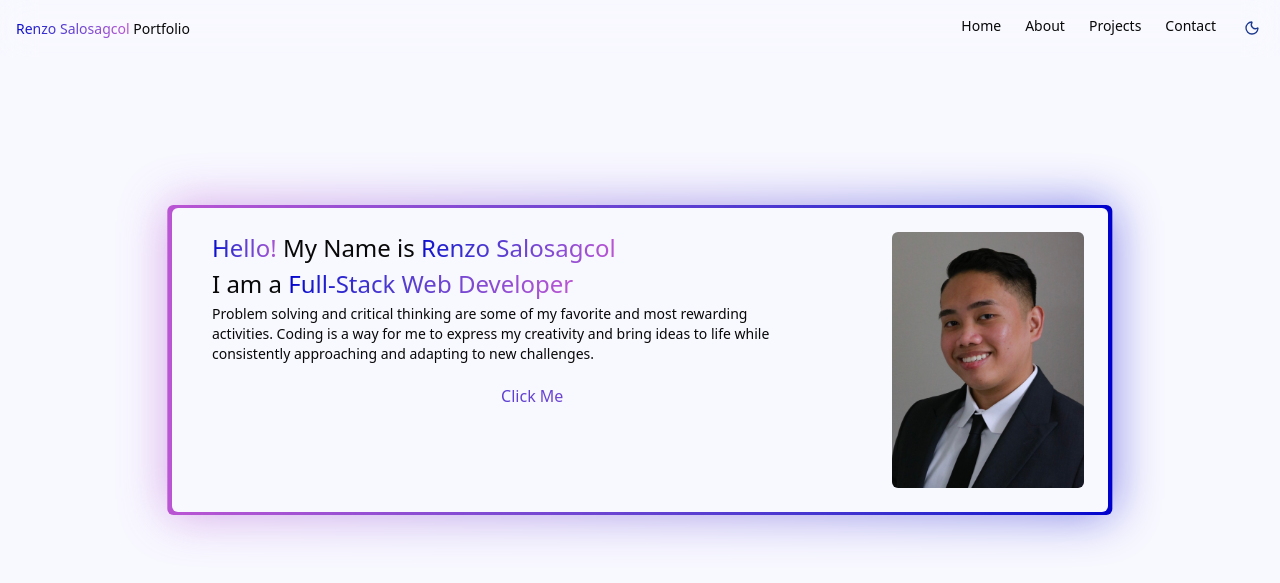
Repository: Renzo-Salosagcol/Updated_Personal_Portfolio
Page: /
An editor plug-in stored every save of this project. The page is shown before and after the next save, followed by the edit.
The browser window is 1280 px wide. The pictures show the whole page.
The project was rebuilt for these pictures with package versions that can differ from the ones it lists, and the page was loaded fresh each time. Also part of the build but not shown: vite.config.js, src/pages/NotFound.jsx.

Above is the page before, as saved 2025-10-09 20:10:52.

### index.html
<!doctype html>
<html lang="en">
  <head>
    <meta charset="UTF-8" />
    <link rel="icon" type="image/svg+xml" href="/vite.svg" />
    <meta name="viewport" content="width=device-width, initial-scale=1.0" />
    <title>updated-personal-portfolio</title>
  </head>
  <body>
    <div id="root"></div>
    <script type="module" src="/src/main.jsx"></script>
  </body>
</html>

### src/index.css
@import "tailwindcss";

@theme {
  --color-background: var(--background);
  --color-foreground: var(--foreground);

  --color-primary: var(--primary);
  --color-secondary: var(--secondary);

  --animate-fade-in: fade-in 1s ease-in forwards;
}

@layer base {
  /* Light Theme */
  :root {
    --background: #f8f8ff; /* Ghost White */
    --foreground: #080808; /* Vampire Black */

    --primary: #0000cd; /* Medium Blue */
    --secondary: #ba55d3; /* Medium Orchid */
  }

  /* Dark Theme */
  .dark {
    --background: #080808; /* Vampire Black */
    --foreground: #f8f8ff; /* Ghost White */

    --primary: #ff0800; /* Candy Apple Red */
    --secondary: #fefc22; /* Laser Lemon */
  }

  html {
    @apply scroll-smooth;
  }

  body {
    @apply bg-background text-foreground transition-colors duration-300;
  }
}

@property --gradient-angle {
  syntax: "<angle>";
  initial-value: 0deg;
  inherits: false;
}

@keyframes spin {
  from {
    --gradient-angle: 0deg;
  }
  to {
    --gradient-angle: 360deg;
  }
}

@keyframes fade-in {
  0% {
    opacity: 0;
    transform: translateY(20px);
  }
  100% {
    opacity: 1;
    transform: translateY(0);
  }
}

@utility container {
  margin-inline: auto;
  padding-inline: 1rem;
}

@utility after-gradient-border {
  @apply absolute h-[102%] w-[101%] top-1/2 left-1/2 -translate-x-1/2 -translate-y-1/2 rounded-md -z-10 bg-gradient-to-l from-primary to-secondary;
  content: '';
  /* animation: 3s spin linear infinite; */
}

@utility before-gradient-border {
  @apply after-gradient-border;
  filter: blur(1.5rem);
  opacity: 0.5;
}

@utility after-gradient-button {
  @apply absolute h-[100%] w-[100%] rounded-full bg-gradient-to-l from-primary to-secondary -z-1;
}

@utility gradient-text {
  @apply text-transparent bg-clip-text bg-gradient-to-r from-primary to-secondary;
}

@utility gradient-button {
  @apply relative flex justify-center items-center py-[1em] px-[2em] bg-background/70 border-none gradient-text after:after-gradient-button hover:scale-[105%]
}

@utility gradient-border {
  @apply after:after-gradient-border before:before-gradient-border
}

@utility glassmorphism {
  @apply bg-background/30 backdrop-blur-lg
}

### src/App.jsx
import { BrowserRouter, Routes, Route } from "react-router-dom"
import { Home } from "./pages/Home"
import { NotFound } from "./pages/NotFound"

function App() {
  return (
    <BrowserRouter>
      <Routes>
        <Route path="/" element={<Home />} />
        <Route path="*" element={<NotFound />} />
      </Routes>
    </BrowserRouter>
  )
}

export default App

### src/pages/Home.jsx
import { Background } from "../components/Background"
import { Navbar } from "../components/Navbar"
import { Hero } from "../components/Hero"

export const Home = () => {
  return (
    <div id="home" className="w-full h-screen">
      {/* Background */}
      <Background />


      {/* Navbar */}
      <Navbar />

      {/* Main */}
      <Hero />

      {/* Footer */}
    </div>
  )
}

### src/components/Background.jsx


export const Background = () => {
  return (
    <div className="fixed inset-0 overflow-hidden pointer-events-none -z-40 bg-background w-screen h-screen">
    </div>
  )
}

### src/components/Navbar.jsx
import { ThemeToggle } from './ThemeToggle'

const items = [
  { name: 'Home', href: '#home' },
  { name: 'About', href: '#about' },
  { name: 'Projects', href: '#projects' },
  { name: 'Contact', href: '#contact' },
]

export const Navbar = () => {
  return (
    <nav className="fixed top-0 left-0 w-full p-2 flex items-center justify-between glassmorphism z-40 text-sm md:text-md text-foreground">
      <a href="#home" className="p-2"><span className="gradient-text">Renzo Salosagcol</span> Portfolio</a>
      <ul className="flex gap-6 p-2">
        {items.map(item => (
          <li key={item.name}
            className="hover:gradient-text transition-all duration-300 relative">
            <a href={item.href}>{item.name}</a>
          </li>
        ))}
        <li><ThemeToggle /></li>
      </ul>
    </nav>
  )
}

### src/components/Hero.jsx


export const Hero = () => {
  return (
    <main className="relative min-h-screen flex items-center justify-center max-w-10/12 rounded-md container z-0">
      <div className="z-0 relative gradient-border opacity-0 animate-fade-in">
        <div className="w-full h-full relative container flex justify-between gap-6 rounded-md p-6 bg-background">
          <div className="container flex flex-col gap-1">
            <h1 className="text-lg md:text-xl lg:text-2xl">
              <span className="gradient-text">Hello! </span>
              My Name is
              <span className="gradient-text"> Renzo Salosagcol</span>
            </h1>
            <h1 className="text-lg md:text-xl lg:text-2xl">I am a <span className="gradient-text">Full-Stack Web Developer</span></h1>
            <h3 className="w-md md:w-lg lg:w-xl text-sm">Problem solving and critical thinking are some of my favorite and most rewarding activities. Coding is a way for me to express my creativity and bring ideas to life while consistently approaching and adapting to new challenges.</h3>
            <button className="gradient-button">
              Click Me
            </button>
          </div>
          <div>
            <img
            src="../../headshot.jpeg"
            alt="Headshot Photo"
            className="rounded-md w-64 h-64 object-cover"
            />
          </div>
      </div>
      </div>
    </main>
  )
}

### src/components/ThemeToggle.jsx
import { useState, useEffect } from "react"
import { Sun, Moon } from "lucide-react"

export const ThemeToggle = () => {
  const [isDark, setIsDark] = useState(false)

  useEffect(() => {
    const theme = localStorage.getItem("theme")
    if (theme) {
      setIsDark(theme === "dark")
      document.documentElement.classList.toggle("dark", theme === "dark")
    }
  }, [])

  const toggleTheme = () => {
    setIsDark(!isDark)
    document.documentElement.classList.toggle("dark", !isDark)
    localStorage.setItem("theme", !isDark ? "dark" : "light")
  }

  return (
    <button
      onClick={toggleTheme}
      className="max-sm:hidden p-1 z-50 rounded-full transition-color duration-300 focus:outline-hidden"
    >
      {isDark ? (
        <Sun className="h-4 w-4 text-yellow-300" />
      ) : (
        <Moon className="h-4 w-4 text-blue-900" />
      )}
    </button>

  )
}

Loaded but not shown: src/main.jsx (common file)

After the next save:
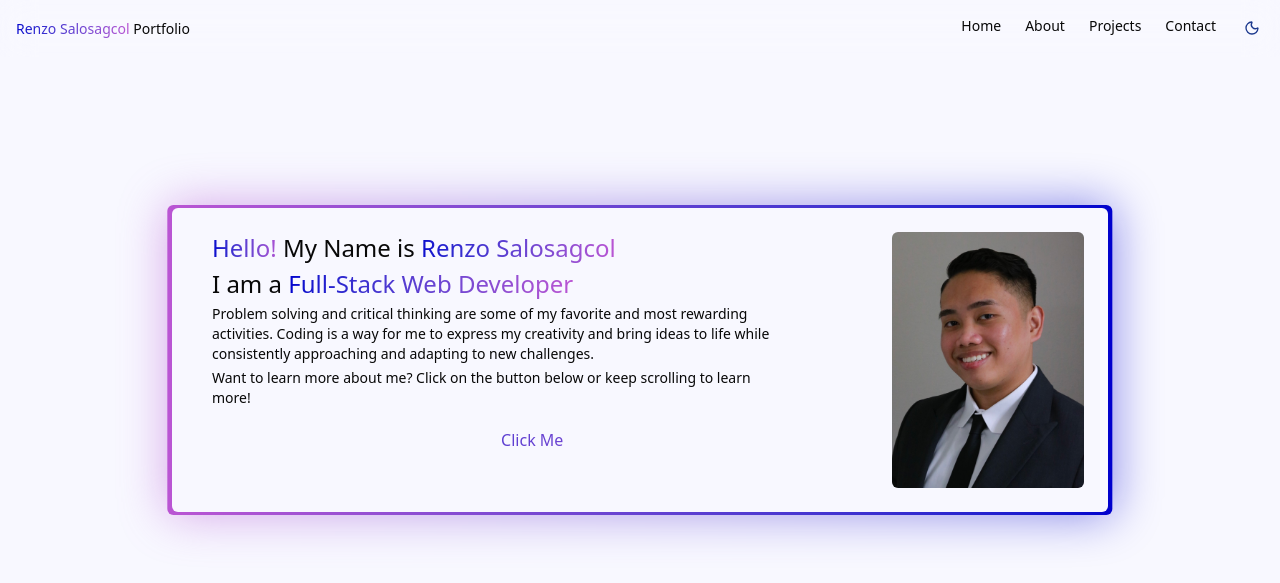
Saved 65 s later.
--- a/src/components/Hero.jsx
+++ b/src/components/Hero.jsx
@@ -13,6 +13,7 @@ export const Hero = () => {
             </h1>
             <h1 className="text-lg md:text-xl lg:text-2xl">I am a <span className="gradient-text">Full-Stack Web Developer</span></h1>
             <h3 className="w-md md:w-lg lg:w-xl text-sm">Problem solving and critical thinking are some of my favorite and most rewarding activities. Coding is a way for me to express my creativity and bring ideas to life while consistently approaching and adapting to new challenges.</h3>
+            <h3 className="w-md md:w-lg lg:w-xl text-sm">Want to learn more about me? Click on the button below or keep scrolling to learn more!</h3>
             <button className="gradient-button">
               Click Me
             </button>
